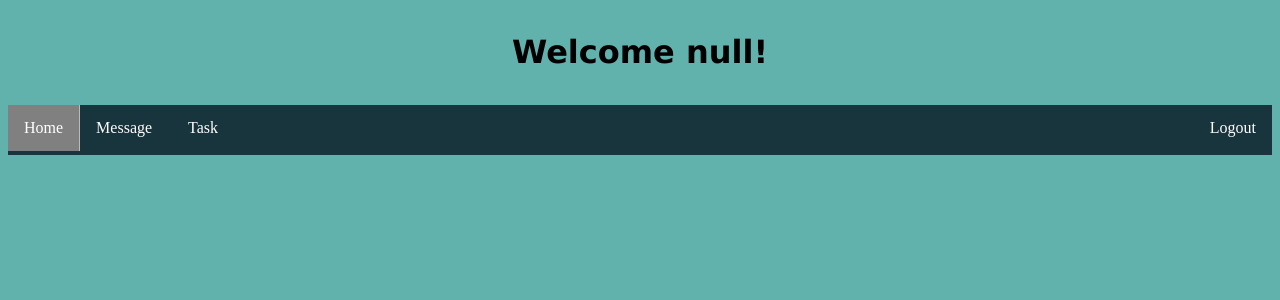
Repository: orsolyanemet/WebProject
Page: http://localhost/Project/userhome.jsp
These files come from the project's save history. The page is drawn as it stood at one moment and after the next save; the edit follows.
The browser window is 1280 px wide. The pictures show the whole page.
The page is served by Tomcat 9. Nobody is signed in. The application's start-up code is not run. Other server files are loaded and not shown.

Above is the page before, as saved 2018-06-11 20:58:29.

### Project/WebContent/userhome.jsp
<!--Nemet Orsolya, noim1553, 532/1 csoport, Project -->
<!DOCTYPE html>
<html>
<head>
<title>Event Organizer</title>
<meta name="viewport" content="width=device-width, initial-scale=1">
<link rel="stylesheet"
	href="https://cdnjs.cloudflare.com/ajax/libs/font-awesome/4.7.0/css/font-awesome.min.css">
<link rel="stylesheet" type="text/css" href="styles/userhome.css">
</head>
<body>
	<h1>
		Welcome
		<%
		out.print(request.getSession().getAttribute("logedUsername"));
	%>!
	</h1>
	<ul>
		<li><a class="active" href="userhome.jsp">Home</a></li>
		<div class="dropdown">
			<li class="dropbtn"><a href="">Message</a>
				<div class="dropdown-content">
					<a href=""><i class="fa fa-envelope-o"></i> Inbox</a> <a href=""><i class="fa fa-trash-o"></i>
						Trash</a>
				</div></li>
		</div>
		<div class="dropdown">
			<li class="dropbtn"><a href="">Task</a>
				<div class="dropdown-content">
					<a href="admin/Send.jsp">Send</a> <a href="admin/Inbox.jsp">Inbox</a>
				</div></li>
		</div>
		<li class="right" onclick="logout('')"><a href="">Logout</a></li>
	</ul>
</body>
</html>

### Project/WebContent/styles/userhome.css
/*Nemet Orsolya, noim1553, 532 csoport*/
/*Project*/
body {
	background-color: #61b1ad;
}

h1 {
	text-align: center;
	font-family: Verdana;
	padding: 12px 20px;
}

h2, h3, h4 {
	font-family: Verdana;
}

ul {
	list-style-type: none;
	margin: 0;
	padding: 0;
	overflow: hidden;
	background-color: #18343c;
}

li {
	float: left;
	border-right: 1px solid #bbb;
}

li:last-child {
	border-right: none;
}

li a {
	display: block;
	color: white;
	text-align: center;
	padding: 14px 16px;
	text-decoration: none;
}

li a:hover:not (.active ) {
	background-color: #A9A9A9;
}

.active {
	background-color: #808080;
}

.right {
	float: right;
}

.dropbtn {
	color: white;
	font-size: 16px;
	border: none;
	cursor: pointer;
}

.dropdown {
	position: relative;
	display: inline-block;
}

.dropdown-content {
	display: none;
	position: fixed;
	background-color: #18343c;
	color: white;
	min-width: 80px;
	box-shadow: 0px 8px 16px 0px rgba(0, 0, 0, 0.2);
	z-index: 10;
}

.dropdown-content a {
	color: white;
	padding: 12px 16px;
	text-decoration: none;
	display: block;
}

.dropdown-content a:hover {
	background-color: #A9A9A9
}

.dropdown:hover .dropdown-content {
	display: block;
}

After the next save:
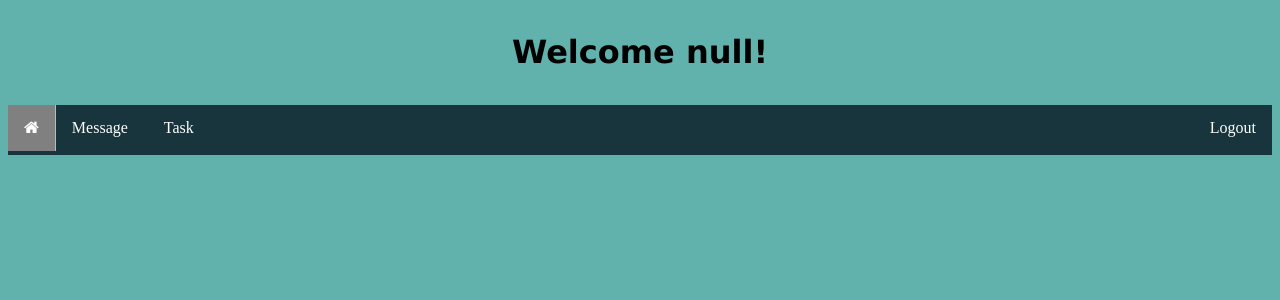
Saved 111 s later.
--- a/Project/WebContent/userhome.jsp
+++ b/Project/WebContent/userhome.jsp
@@ -16,7 +16,7 @@
 	%>!
 	</h1>
 	<ul>
-		<li><a class="active" href="userhome.jsp">Home</a></li>
+		<li><a class="active" href="userhome.jsp"><i class="fa fa-home"></i></a></li>
 		<div class="dropdown">
 			<li class="dropbtn"><a href="">Message</a>
 				<div class="dropdown-content">
